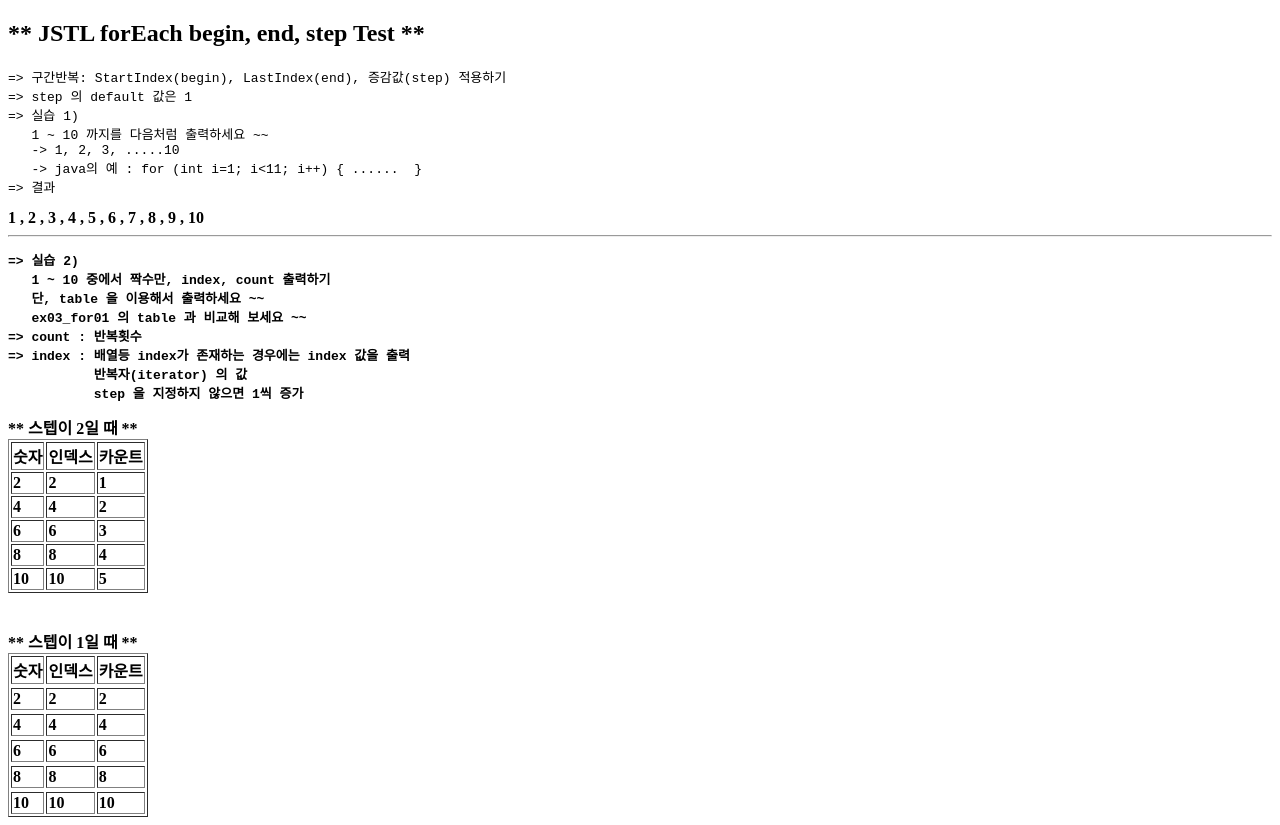
Repository: JYH94/JAVA
Page: http://localhost/web01/jsp03_jstl/ex03_for02.jsp
An editor plug-in stored every save of this project. The page is shown before and after a run of saves, followed by the edit.
The browser window is 1280 px wide. The pictures show the whole page.
The page is served by Tomcat 9.

Above is the page before, as saved 2024-01-17 01:01:52.

After the next 2 saves:
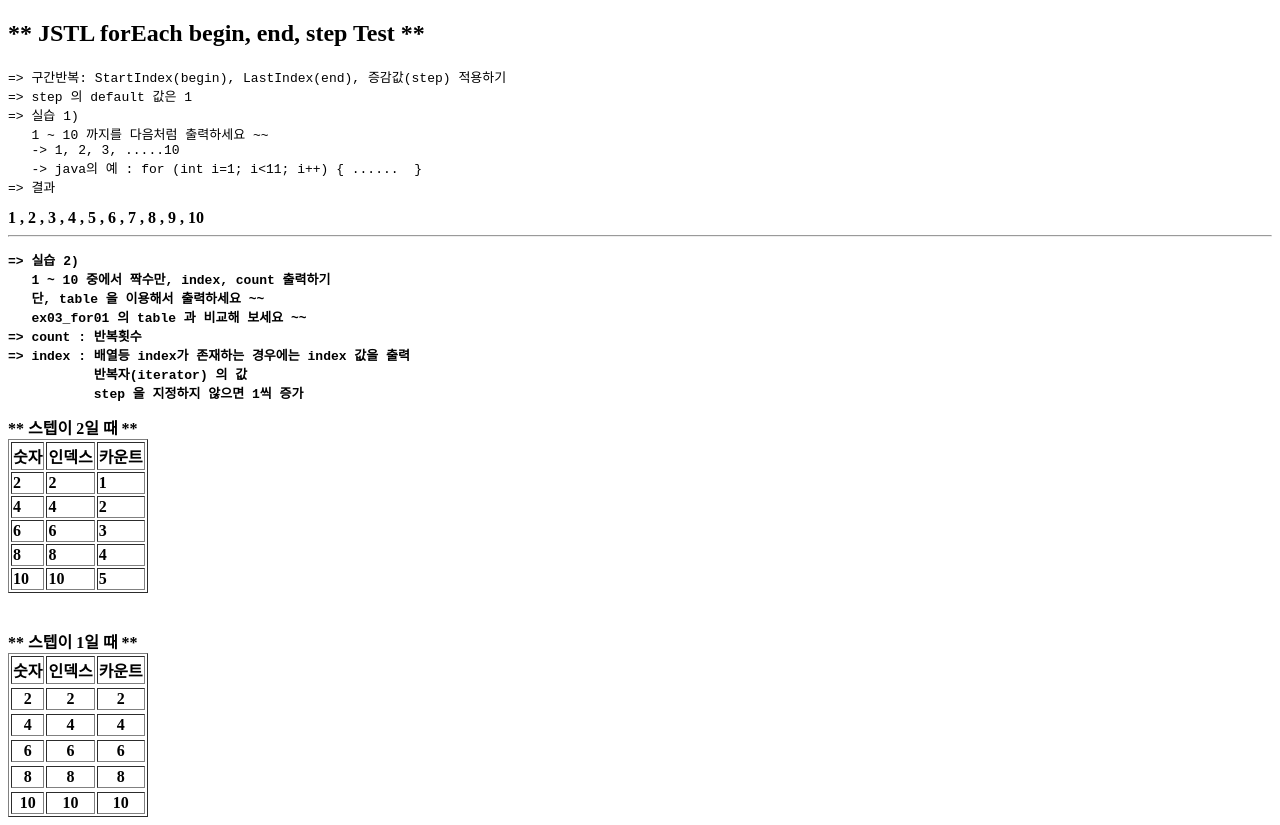
The 2 saves are shown as one change because they came seconds apart.
The last was saved 27 s later.
--- a/web01/src/main/webapp/jsp03_jstl/ex03_for02.jsp
+++ b/web01/src/main/webapp/jsp03_jstl/ex03_for02.jsp
@@ -56,7 +56,7 @@
 <br>
 
 ** 스텝이 1일 때 **
-<table border=1 width:90%;>
+<table border=1 style="text-align:center; "width:90%;>
 <tr>
 	<th>숫자</th>
 	<th>인덱스</th>
